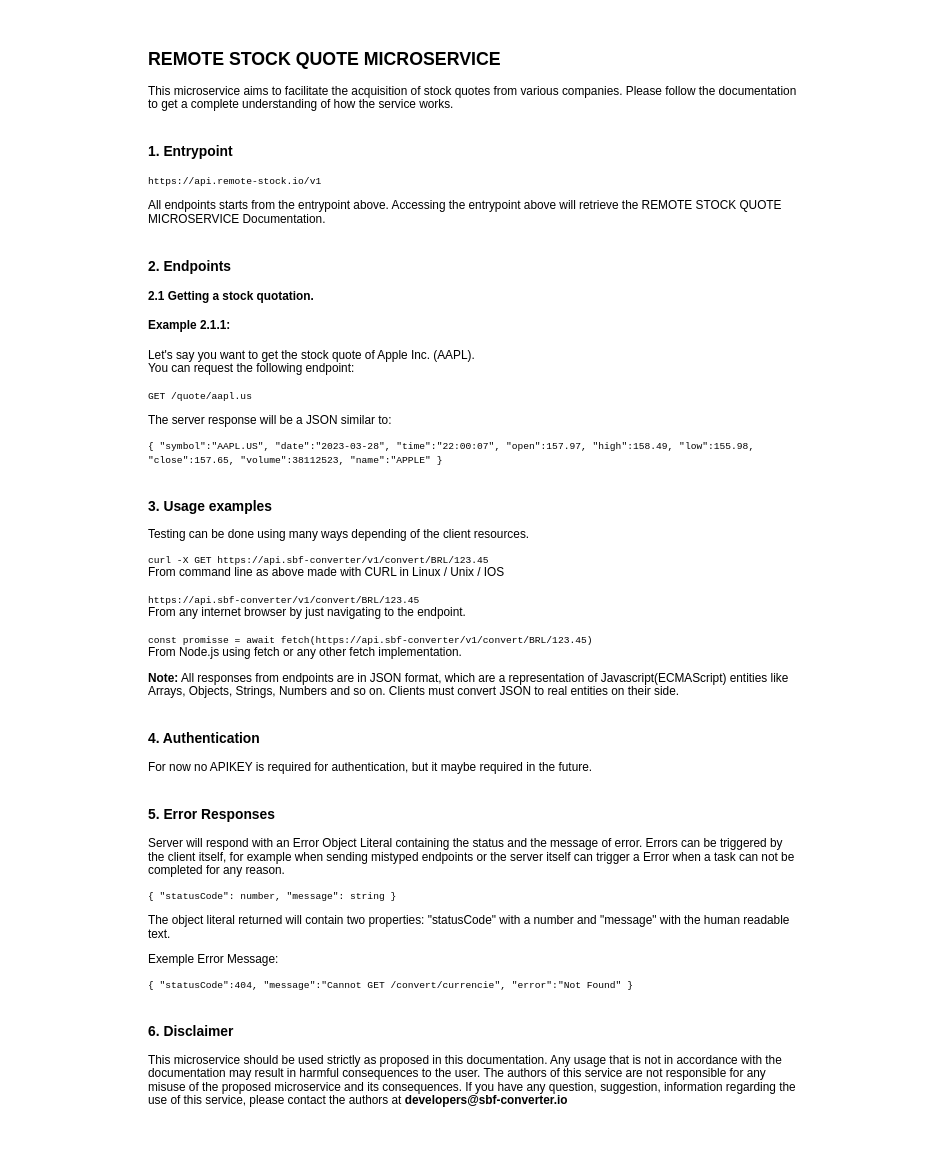
Repository: miguelamello/nest-js
Page: api-service/documentation.html
These files come from the project's save history. The page is drawn as it stood at one moment and after the next save; the edit follows.
The browser window is 1280 px wide. The pictures show the whole page, at 74% of full size.

Above is the page before, as saved 2023-03-28 18:12:03.

### api-service/documentation.html
<!DOCTYPE html>
<html lang="en">
<head>
  <meta charset="UTF-8">
  <meta http-equiv="X-UA-Compatible" content="IE=edge">
  <meta name="viewport" content="width=device-width, initial-scale=1.0">
  <title>REMOTE STOCK QUOTE MICROSERVICE</title>
  <style>
    body {
      font-family: Arial, Helvetica, sans-serif;
      padding: 3% 15%;
    }

    h3 {
      margin-top: 5%;
    }
  </style>
</head>
<body>
  <h2>REMOTE STOCK QUOTE MICROSERVICE</h2>
  <p>
    This microservice aims to facilitate the acquisition of stock quotes from various companies.
    Please follow the documentation to get a complete understanding of how the service works.
  </p>

  <h3>1. Entrypoint</h3>
  <code>https://api.remote-stock.io/v1</code>
  <p>
    All endpoints starts from the entrypoint above. Accessing the entrypoint
    above will retrieve the REMOTE STOCK QUOTE MICROSERVICE Documentation.
  </p>

  <h3>2. Endpoints</h3>
  <h4>2.1 Getting a stock quotation.</h4>
  <p>
    <p>
      <h4>Example 2.1.1:</h4>
      <div>Let's say you want to get the stock quote of Apple Inc. (AAPL).</div>
      <div>You can request the following endpoint:</div><br>
      <code>GET /quote/aapl.us</code>

      <p>The server response will be a JSON similar to:</p>

      <code>
        {
          "symbol":"AAPL.US",
          "date":"2023-03-28",
          "time":"22:00:07",
          "open":157.97,
          "high":158.49,
          "low":155.98,
          "close":157.65,
          "volume":38112523,
          "name":"APPLE"
        }
      </code>
    </p>
  </p>

  <h3>3. Usage examples</h3>

  <p>Testing can be done using many ways depending of the client resources.</p>

  <code>curl -X GET https://api.sbf-converter/v1/convert/BRL/123.45</code>
  <div>From command line as above made with CURL in Linux / Unix / IOS</div>
  <br>
  <code>https://api.sbf-converter/v1/convert/BRL/123.45</code>
  <div>From any internet browser by just navigating to the endpoint.</div>
  <br>
  <code>const promisse = await fetch(https://api.sbf-converter/v1/convert/BRL/123.45)</code>
  <div>From Node.js using fetch or any other fetch implementation.</div>

  <p>
    <b>Note:</b> All responses from endpoints are in JSON format, which are a
    representation of Javascript(ECMAScript) entities like Arrays, Objects,
    Strings, Numbers and so on. Clients must convert JSON to real entities
    on their side.
  </p>

  <h3>4. Authentication</h3>
  <p>For now no APIKEY is required for authentication, but it maybe required in the future.</p>

  <h3>5. Error Responses</h3>

  <p>
    Server will respond with an Error Object Literal containing
    the status and the message of error. Errors can be triggered
    by the client itself, for example when sending mistyped endpoints
    or the server itself can trigger a Error when a
    task can not be completed for any reason.
  </p>

  <p>
    <code>{ "statusCode": number, "message": string }</code><br>
    <div>
      The object literal returned will contain two properties:
      "statusCode" with a number and "message" with the human readable text.
    </div>
  </p>

  <p>Exemple Error Message:</p>
  <p>
    <code>
      { "statusCode":404, "message":"Cannot GET /convert/currencie", "error":"Not Found" }
    </code>
  </p>

  <h3>6. Disclaimer</h3>
  <p>
    This microservice should be used strictly as proposed in this documentation.
    Any usage that is not in accordance with the documentation may result in harmful
    consequences to the user. The authors of this service are not responsible for
    any misuse of the proposed microservice and its consequences. If you have any question,
    suggestion, information regarding the use of this service, please contact
    the authors at <b>developers@sbf-converter.io</b>
  </p>

</body>
</html>

After the next save:
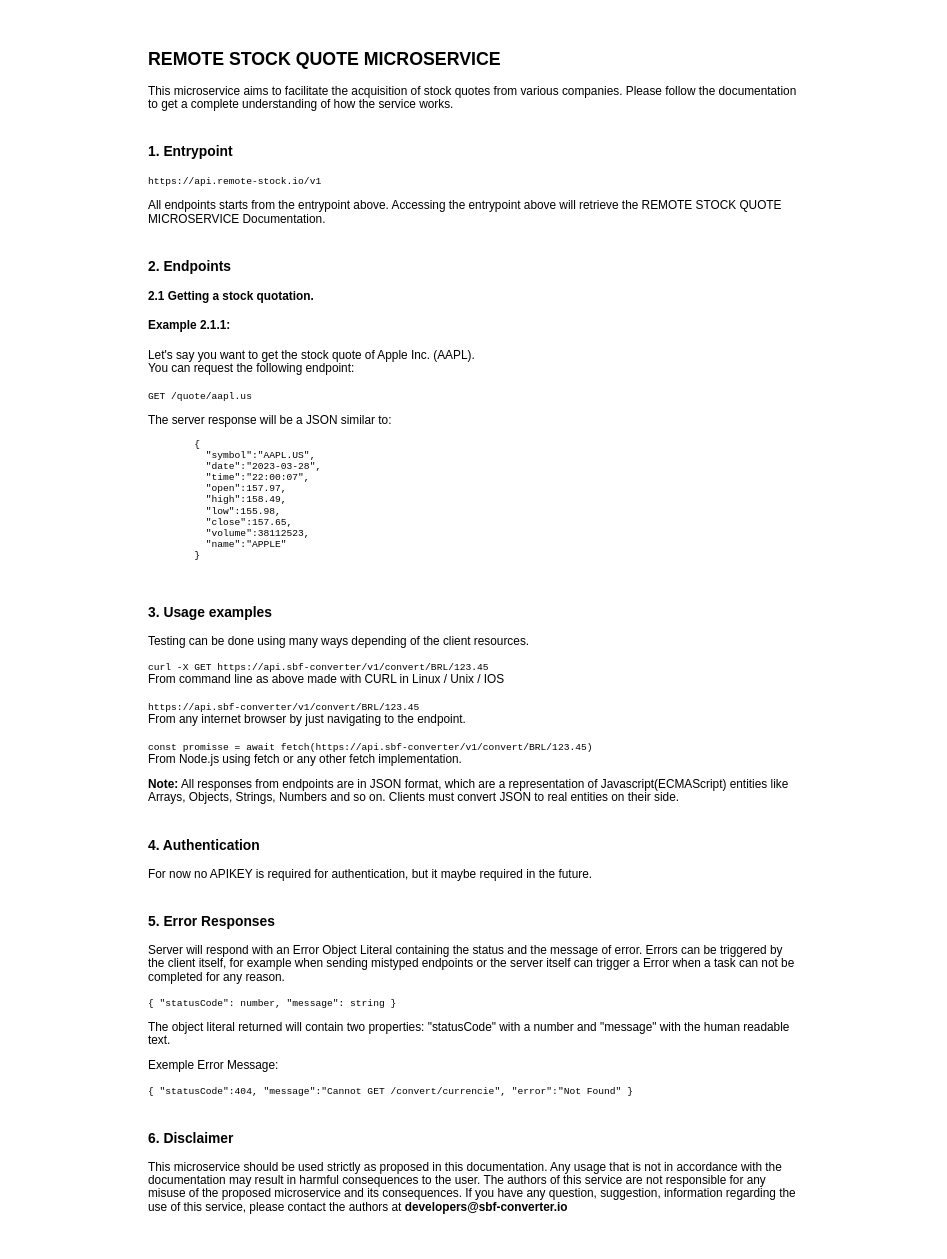
Saved 10 s later.
--- a/api-service/documentation.html
+++ b/api-service/documentation.html
@@ -41,7 +41,7 @@
 
       <p>The server response will be a JSON similar to:</p>
 
-      <code>
+      <pre>
         {
           "symbol":"AAPL.US",
           "date":"2023-03-28",
@@ -53,7 +53,7 @@
           "volume":38112523,
           "name":"APPLE"
         }
-      </code>
+      </pre>
     </p>
   </p>
 
